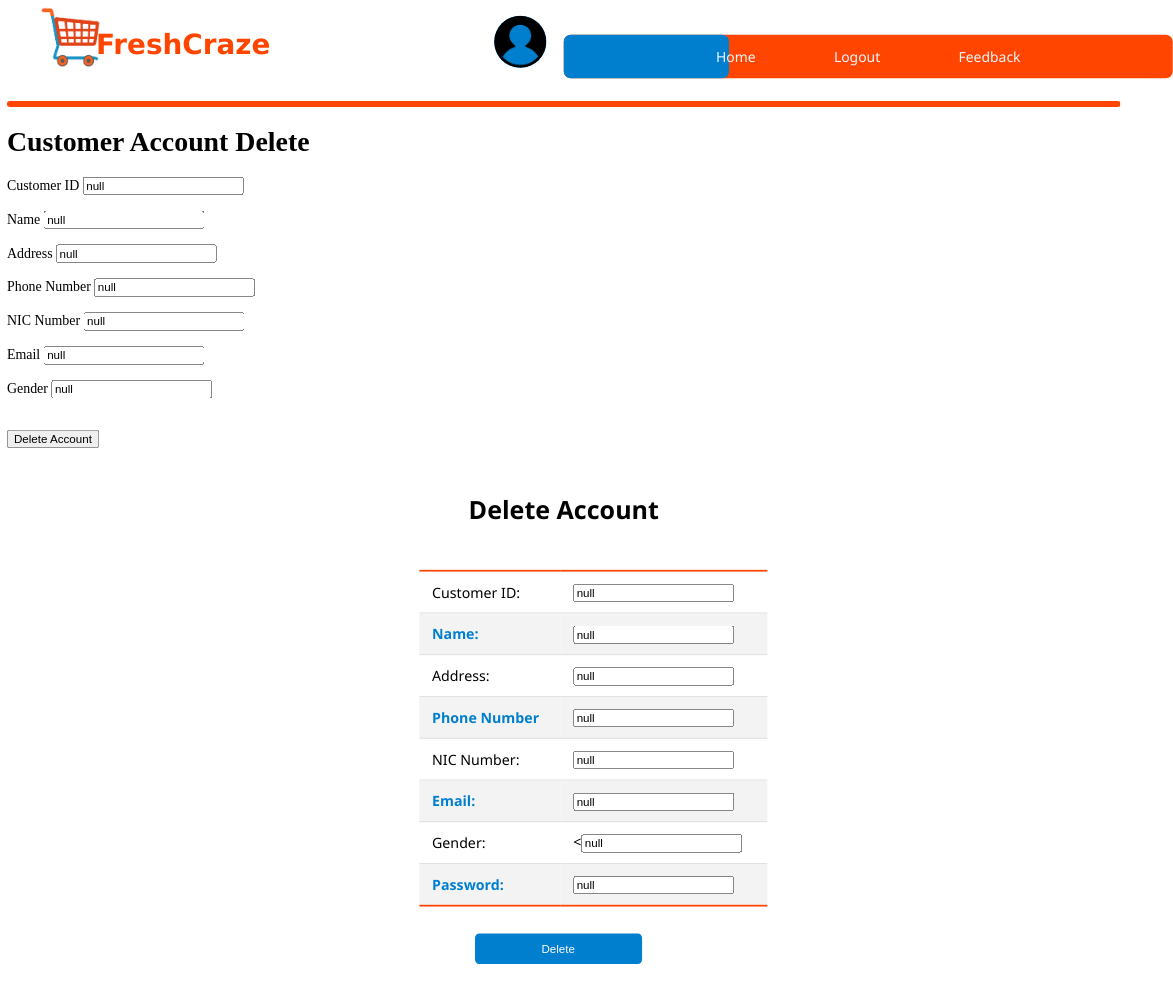
Repository: chamarac2002/FreshCraze
Page: http://localhost/CustomerDemo/deletecustomer.jsp
The author's editor kept a copy of each file at every save. The page is drawn from the files as they stood at one save, then again after the next save.
The browser window is 1280 px wide. The page is 1348 px wide, so the pictures cover 1348 px, including what lies to the right of the window. The pictures show the whole page, at 87% of full size.
The page is served by Tomcat 9. Nobody is signed in. The application's start-up code is not run. Other server files are loaded and not shown.

Above is the page before, as saved 2024-05-11 07:49:35.

### CustomerDemo/src/main/webapp/deletecustomer.jsp
<%@ page language="java" contentType="text/html; charset=ISO-8859-1"
    pageEncoding="ISO-8859-1"%>
<!DOCTYPE html>
<html lang="en">
<head>
    <meta charset="UTF-8">
    <meta name="viewport" content="width=device-width, initial-scale=1.0">
    <title>Home Page</title>

    <link rel="stylesheet" href="Styles/deleteStyle.css">
</head>

<body>

<img src="images\logo.png" class="logo" >

<a href="profile.jsp">
<img src="images\user.png" class="user">
</a>

    <h1 class="logo_topic">FreshCraze</h1>

    <nav class="navbar">
        <a href="HomePageAL.jsp">Home</a>
        <a href="HomePage.jsp">Logout</a>
        <a href="link">Feedback</a>
        <span></span>
    </nav>

<hr class="topic_line">

	<%
		String id = request.getParameter("id");
		String name = request.getParameter("name");
		String address = request.getParameter("address");
		String phone = request.getParameter("phone");
		String nic = request.getParameter("nic");
		String email = request.getParameter("email");
		String gender = request.getParameter("gender");
		String password = request.getParameter("pass");
	%>

	<h1>Customer Account Delete</h1>

	<form action="delete" method="post">
		Customer ID <input type="text" name="id" value="<%= id %>" readonly><br><br>
		Name <input type="text" name="name" value="<%= name %>" readonly><br><br>
		Address <input type="text" name="address" value="<%= address %>"readonly><br><br>
		Phone Number <input type="tel" name="phone" value="<%= phone %>"readonly><br><br>
		NIC Number <input type="text" name="nic" value="<%= nic %>"readonly><br><br>
		Email <input type="email" name="email" value="<%= email %>"readonly><br><br>
		Gender <input type="text" name="gender" value="<%= gender %>"readonly><br><br><br>

		<input type="submit" name="submit" value="Delete Account">
	</form>



<h1 class = "head">Delete Account</h1>

<form action="update" method="post">
	<table class = "table">

   		<tbody>
        <tr>
			<td>Customer ID:</td>
			<td><input type="text" name="id" value="<%= id %>" readonly></td>
		</tr>
		<tr class="active-row">
			<td>Name:</td>
			<td><input type="text" name="name" value="<%= name %>" readonly></td>
		</tr>
		<tr>
			<td>Address:</td>
			<td><input type="text" name="address" value="<%= address %>" readonly></td>
		</tr>
		<tr class="active-row">
			<td>Phone Number</td>
			<td><input type="tel" name="phone" value="<%= phone %>" readonly></td>
		</tr>
		<tr>
			<td>NIC Number:</td>
			<td><input type="text" name="nic" value="<%= nic %>" readonly></td>
		</tr>
		<tr class="active-row">
			<td>Email:</td>
			<td><input type="email" name="email" value="<%= email %>" readonly></td>
		</tr>
		<tr>
			<td>Gender:</td>
			<td><<input type="text" name="gender" value="<%= gender %>"readonly></td>
		</tr>
		<tr class="active-row">
			<td>Password:</td>
			<td><input type="text" name="pass" value="<%= password %>" readonly></td>
		</tr>
    </tbody>
	</table>
	<input type="submit" name="submit" class="sub" value="Delete"><br><br><br>
</form>


























</body>
</html>

### CustomerDemo/src/main/webapp/Styles/deleteStyle.css
body{
    background-color: #ffffff;
    background-repeat: no-repeat;
    background-attachment: fixed;
    background-position: center;
    width: 100%;
}

.logo{
    width: 70px;
    height: 70px;
    margin-left: 3%;
}

.user{
    width: 60px;
    height: 60px;
    margin-left: 35%;
    background-color: rgb(0, 127, 206);
    border-radius: 30px;
}



.logo_topic{
    font-family: verdana;
    margin-left: 8%;
    margin-top: -3.9%;
    color: orangered;
}

.navbar{
    margin-left:50%;
    margin-top:-4%;
    padding: 0;
    box-sizing: border-box;
    font-family: 'Segoe UI';
    display: flex;
    justify-content:center;
    align-items: center;
    min-height: 5vh;

    position:relative;
    background-color: orangered;
    border-radius: 8px;
    width: 700px;
    height: 50px;
    display: flex;
}

nav a{
    position: relative;
    display: inline-block;
    font-size: 1em;
    font-weight: 500;
    color: aliceblue;
    text-decoration: none;
    padding: 45px;
    z-index: 1;
}

nav span{
    position: absolute;
    top: 0;
    left: 0;
    width: 190px;
    height: 100%;
    background-color:rgb(0, 127, 206);
    border-radius: 8px;
    transition: .3s;
}

nav a:nth-child(1):hover~span{
    left: 0;
    width: 190px;
}

nav a:nth-child(2):hover~span{
    left: 190px;
    width: 150px;
}

nav a:nth-child(3):hover~span{
    left:330px;
    width: 150px;
}

nav a:nth-child(4):hover~span{
    left: 470px;
    width: 230px;
}

.topic_line{
    border: none;
    margin-top: 2%;
    border-top: 7px solid orangered;
    border-radius: 10px;
}

.help_button{
    box-shadow:0 0 15px rgb(0, 127, 206),0 0 25px rgb(0, 127, 206);
    border: none;
    width: 160px;
    margin-left: 44%;
    font-family: 'Segoe UI';
    padding: 10px 12px;
    color: #ffffff;
    background-color:rgb(0, 127, 206);
    border-radius: 20px;
}

.help_button:hover{
    box-shadow: 0 0 25px rgb(0, 127, 206);
}

.fb_icon{
    margin-left: 560px;
    margin-top: 20px;
}

.insta_icon{
    margin-left: 660px;
    margin-top: -51px;
}

.yt_icon{
    margin-left: 760px;
    margin-top: -51px;
}

.twitt_icon{
    margin-left: 860px;
    margin-top: -51px;
}

.footer{
    height: 200px;
    background-color: orangered;
    padding-top: 40px;
    padding-left: 25px;
    border-radius: 10px;
}

.footer_line{
    border: none;
    margin-top: 3%;
    border-top: 7px solid orangered;
    border-radius: 10px;
}

.contacts{
    font-size: 8px;
    color:rgb(255, 255, 255);
    font-family: 'Segoe UI';
    margin-left: 40%;
    margin-top: -5%;
}

.link{
    font-size: 20px ;
    margin-top: -6%;
    margin-left: 7.5%;
}

.table {
    border-collapse: collapse;
    margin: 25px 0;
    font-size: 1.02em;
    font-family: 'Segoe UI';
    min-width: 400px;
    margin-left: 37%;
    margin-top: 3%;
}

.head {
	margin-top: 4%;
    text-align: center;
 	margin-bottom: 50px;
 	font-family: 'Segoe UI';
 	font-size: 1.8em;
}

.table th,
.table td {
    padding: 12px 15px;
}

.table tbody tr {
    border-bottom: 1px solid #dddddd;
}

.table tbody tr:nth-of-type(even) {
    background-color: #f3f3f3;
}

.table tbody tr:last-of-type {
    border-bottom: 2px solid orangered;
}

.table tbody tr:first-of-type {
    border-top: 2px solid orangered;
}

.table tbody tr.active-row {
    font-weight: bold;
    color: rgb(0, 127, 206);
}

.sub {
  	margin-left: 42%;
    margin-top: 0.5%;
    text-align: center;
    color : #ffffff;
  	width: 15%;
	padding: 10px;
 	background-color: rgb(0, 127, 206);
 	border: none;
 	border-radius: 5px;
 	cursor: pointer;
}

After the next save:
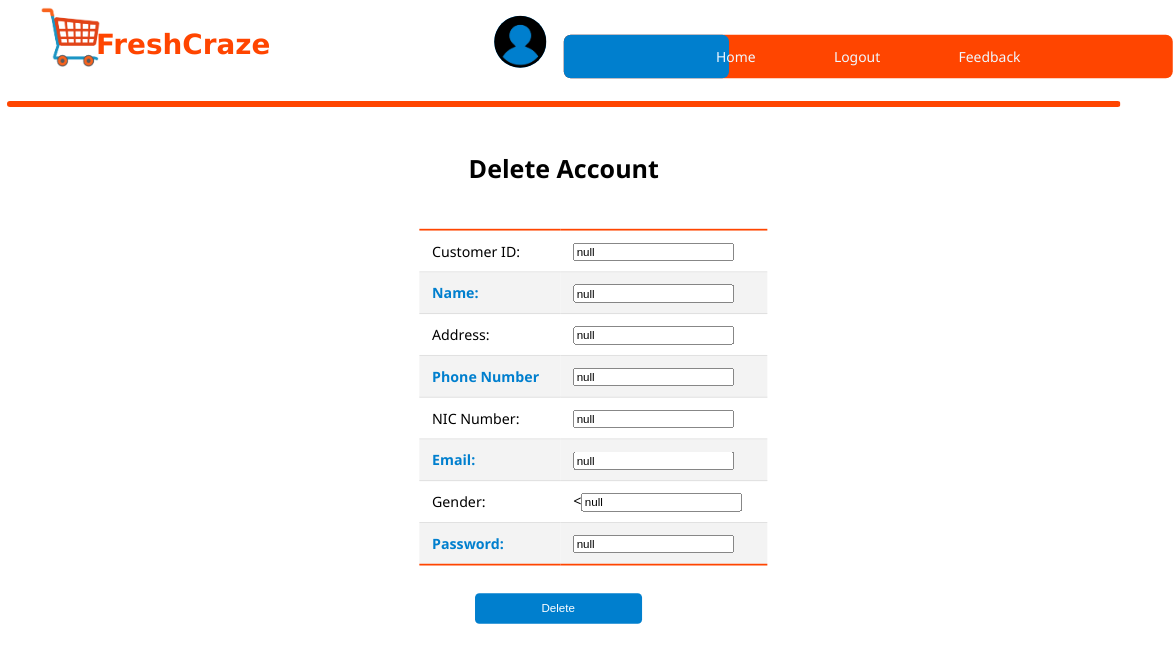
Saved 4 s later.
--- a/CustomerDemo/src/main/webapp/deletecustomer.jsp
+++ b/CustomerDemo/src/main/webapp/deletecustomer.jsp
@@ -39,22 +39,6 @@
 		String gender = request.getParameter("gender");
 		String password = request.getParameter("pass");
 	%>
-
-	<h1>Customer Account Delete</h1>
-
-	<form action="delete" method="post">
-		Customer ID <input type="text" name="id" value="<%= id %>" readonly><br><br>
-		Name <input type="text" name="name" value="<%= name %>" readonly><br><br>
-		Address <input type="text" name="address" value="<%= address %>"readonly><br><br>
-		Phone Number <input type="tel" name="phone" value="<%= phone %>"readonly><br><br>
-		NIC Number <input type="text" name="nic" value="<%= nic %>"readonly><br><br>
-		Email <input type="email" name="email" value="<%= email %>"readonly><br><br>
-		Gender <input type="text" name="gender" value="<%= gender %>"readonly><br><br><br>
-
-		<input type="submit" name="submit" value="Delete Account">
-	</form>
-
-
 
 <h1 class = "head">Delete Account</h1>
 
